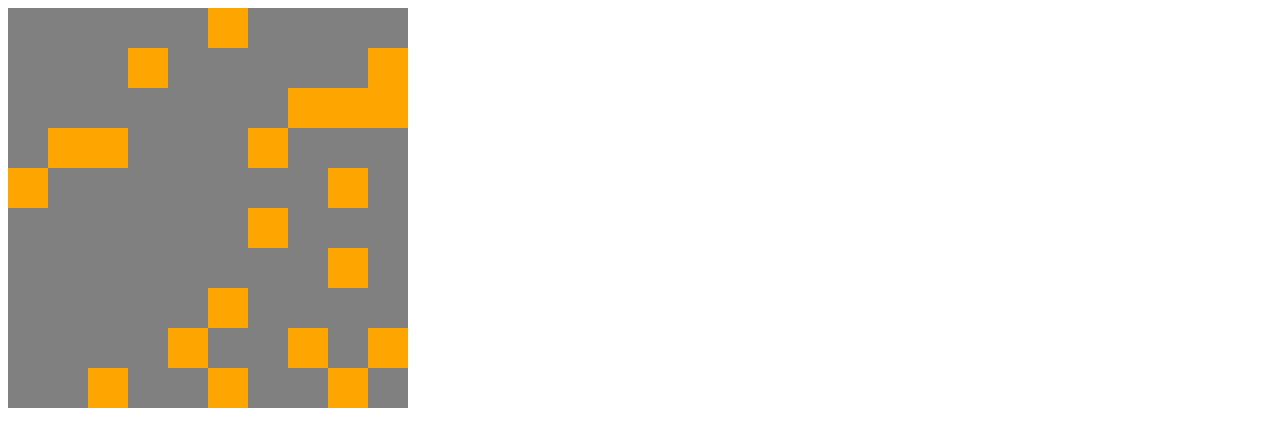
Repository: issaRan/MineSweeper
Page: html/index.html
These files come from the project's save history. The page is drawn as it stood at one moment and after the next save; the edit follows.
The browser window is 1280 px wide. The pictures show the whole page.

Above is the page before, as saved 2020-10-23 12:18:38.

### html/index.html
<!DOCTYPE html>
<html lang="en">
<head>
    <meta charset="UTF-8">
    <meta name="viewport" content="width=device-width, initial-scale=1.0">
    <title>MineSweeper</title>
    <link rel="stylesheet" href="../css/styles.css">
    <script src="../js/index.js" charset="utf-8"></script>
</head>
<body>
  <div class="grid"></div>
</body>
</html>

### css/styles.css
.grid {
    height: 400px;
    width: 400px;
    display: flex;
    flex-wrap: wrap;
    background-color: grey;
}
.grid div {
    height: 40px;
    width: 40px ;
}

.bomb {
    background-color: orange;
}

### js/index.js
document.addEventListener('DOMContentLoaded',()=>{
    const grid = document.querySelector('.grid')
    let width = 10
    let sqaures = []
    let bombAamount = 20
    function createBoard(){
        const bombArray = Array(bombAamount).fill('bomb')
        const emptyArray = Array(width*width - bombAamount).fill('valid')
        const gameArray = emptyArray.concat(bombArray)
        const shuffledArray = gameArray.sort(()=> Math.random() -0.5)
        for(let i = 0; i < width*width;i++){
            const sqaure = document.createElement('div')
            sqaure.setAttribute('id',i)
            sqaure.classList.add(shuffledArray[i])
            grid.appendChild(sqaure)
            sqaures.push(sqaure)
        }
    }
    createBoard()
})

After the next save:
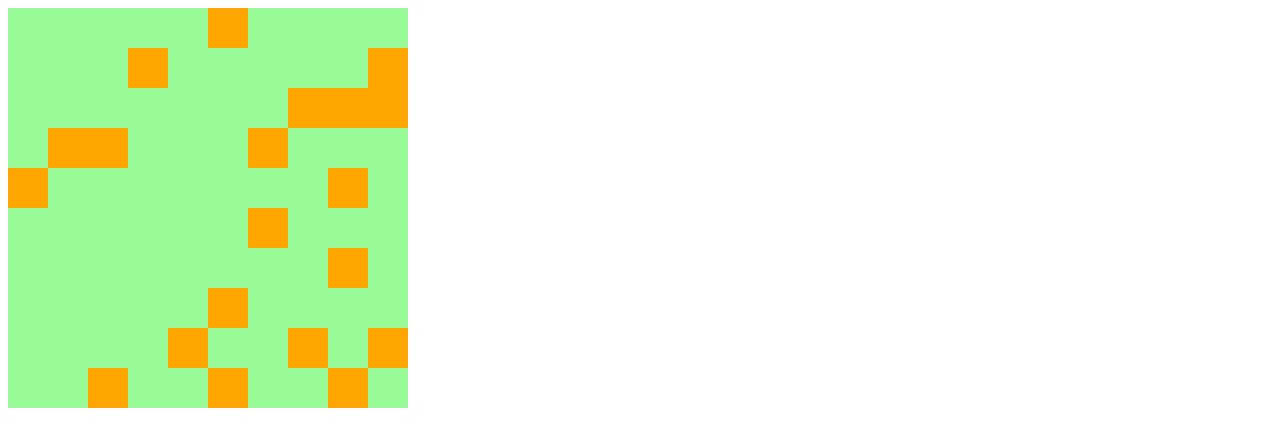
Saved 73 s later.
--- a/css/styles.css
+++ b/css/styles.css
@@ -13,3 +13,7 @@
 .bomb {
     background-color: orange;
 }
+
+.valid {
+    background-color: palegreen;
+}

After the save that followed:
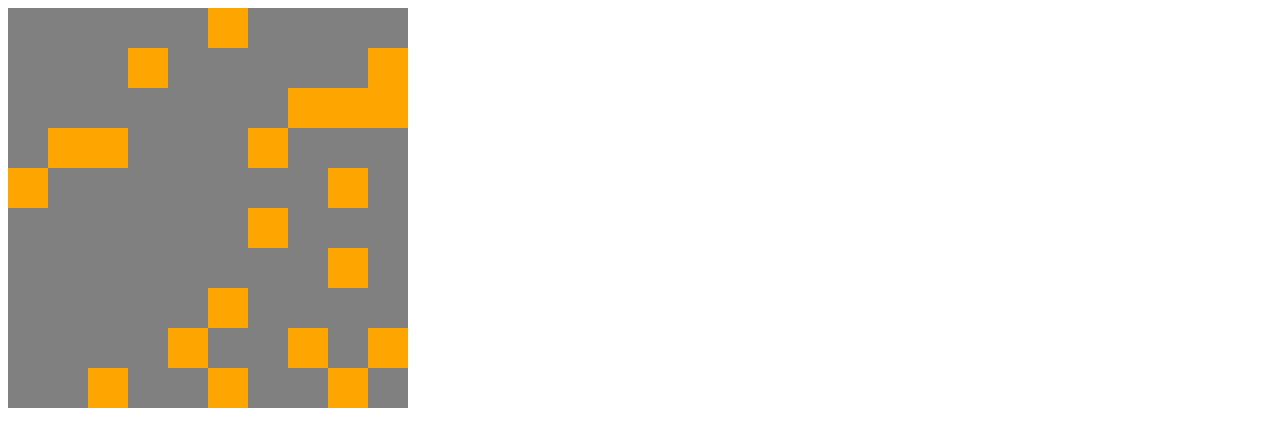
Saved 12 s later.
--- a/css/styles.css
+++ b/css/styles.css
@@ -13,7 +13,3 @@
 .bomb {
     background-color: orange;
 }
-
-.valid {
-    background-color: palegreen;
-}
